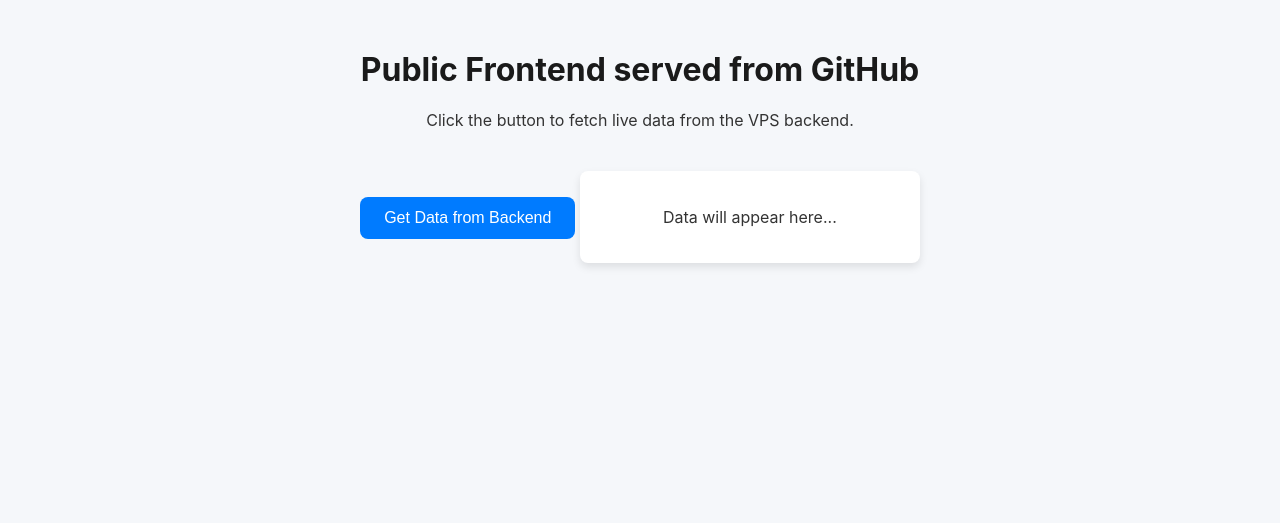
Repository: mdasif1073/my-public-frontend
Page: index.html
These files come from the project's save history. The page is drawn as it stood at one moment and after the next save; the edit follows.
The browser window is 1280 px wide. The pictures show the whole page.

Above is the page before, as saved 2026-01-07 23:58:07.

After the next save:
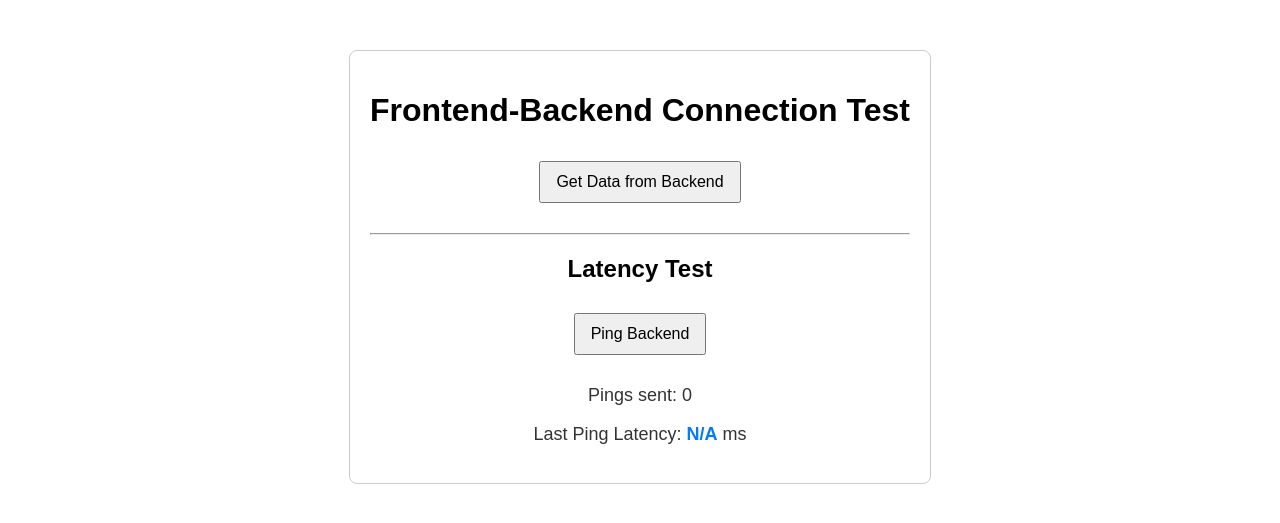
Saved 18 h 42 min later.
--- a/index.html
+++ b/index.html
@@ -2,57 +2,82 @@
 <html lang="en">
 <head>
     <meta charset="UTF-8">
-    <title>Public Frontend</title>
+    <meta name="viewport" content="width=device-width, initial-scale=1.0">
+    <title>Frontend to Backend</title>
     <style>
-        body { font-family: -apple-system, BlinkMacSystemFont, "Segoe UI", Roboto, Helvetica, Arial, sans-serif; text-align: center; margin-top: 50px; background-color: #f5f7fa; color: #333; }
-        h1 { color: #1a1a1a; }
-        button { background-color: #007bff; color: white; border: none; padding: 12px 24px; border-radius: 8px; font-size: 16px; cursor: pointer; transition: background-color 0.2s; }
-        button:hover { background-color: #0056b3; }
-        #data-container { margin-top: 25px; padding: 20px; background-color: white; border-radius: 8px; display: inline-block; box-shadow: 0 4px 8px rgba(0,0,0,0.1); min-width: 300px; }
-        .loading { color: #777; }
-        .error { color: #d93025; }
+        body { font-family: sans-serif; text-align: center; margin-top: 50px; }
+        .container { border: 1px solid #ccc; padding: 20px; display: inline-block; border-radius: 8px; }
+        button { padding: 10px 15px; font-size: 16px; margin: 10px; cursor: pointer; }
+        #results, #ping-results { margin-top: 20px; font-size: 18px; color: #333; }
+        #latency { font-weight: bold; color: #007BFF; }
     </style>
 </head>
 <body>
 
-    <h1>Public Frontend served from GitHub</h1>
-    <p>Click the button to fetch live data from the VPS backend.</p>
-    <button id="fetch-button">Get Data from Backend</button>
+    <div class="container">
+        <h1>Frontend-Backend Connection Test</h1>
 
-    <div id="data-container">
-        <p>Data will appear here...</p>
+        <!-- Button for the original data fetch -->
+        <button onclick="fetchData()">Get Data from Backend</button>
+        <div id="results"></div>
+
+        <hr>
+
+        <!-- NEW: Button and display for the latency test -->
+        <h2>Latency Test</h2>
+        <button onclick="pingBackend()">Ping Backend</button>
+        <div id="ping-results">
+            <p>Pings sent: <span id="ping-count">0</span></p>
+            <p>Last Ping Latency: <span id="latency">N/A</span> ms</p>
+        </div>
     </div>
 
     <script>
-        document.getElementById('fetch-button').addEventListener('click', () => {
-            const dataContainer = document.getElementById('data-container');
-            dataContainer.innerHTML = '<p class="loading">Loading...</p>';
+        const dataApiUrl = 'https://api.mdasif-code.me/api/data';
+        // NEW: URL for our new ping endpoint
+        const pingApiUrl = 'https://api.mdasif-code.me/api/ping';
 
-            // --- IMPORTANT ---
-            // This is the public URL for your backend API.
-            // Replace <YOUR_VPS_IP_ADDRESS> with your IP.
-            // ========================================================
-            const apiUrl = 'https://api.mdasif-code.me/api/data';
+        // Original function to fetch data
+        async function fetchData() {
+            const resultsDiv = document.getElementById('results');
+            resultsDiv.textContent = 'Loading...';
+            try {
+                const response = await fetch(dataApiUrl);
+                const data = await response.json();
+                resultsDiv.textContent = data.message;
+            } catch (error) {
+                console.error('Fetch error:', error);
+                resultsDiv.textContent = 'Error: Could not connect to the backend.';
+            }
+        }
 
-            fetch(apiUrl)
-                .then(response => {
-                    if (!response.ok) {
-                        throw new Error(`HTTP error! Status: ${response.status}`);
-                    }
-                    return response.json();
-                })
-                .then(data => {
-                    dataContainer.innerHTML = `
-                        <p><strong>Status:</strong> ${data.status}</p>
-                        <p><strong>Message:</strong> ${data.message}</p>
-                        <p><strong>Version:</strong> ${data.version}</p>
-                    `;
-                })
-                .catch(error => {
-                    dataContainer.innerHTML = `<p class="error"><strong>Error:</strong> Could not connect to the backend. Please check the API URL and CORS settings.</p>`;
-                    console.error('Fetch error:', error);
-                });
-        });
+        // NEW: Function to handle the ping test
+        async function pingBackend() {
+            const latencySpan = document.getElementById('latency');
+            const pingCountSpan = document.getElementById('ping-count');
+
+            try {
+                // Record the time just before we send the request
+                const startTime = performance.now();
+
+                const response = await fetch(pingApiUrl);
+                const data = await response.json();
+
+                // Record the time just after we receive the response
+                const endTime = performance.now();
+
+                // Calculate the difference and round it
+                const latency = Math.round(endTime - startTime);
+
+                // Update the page with the new data
+                latencySpan.textContent = latency;
+                pingCountSpan.textContent = data.ping_count;
+
+            } catch (error) {
+                console.error('Ping error:', error);
+                latencySpan.textContent = 'Error!';
+            }
+        }
     </script>
 
 </body>
